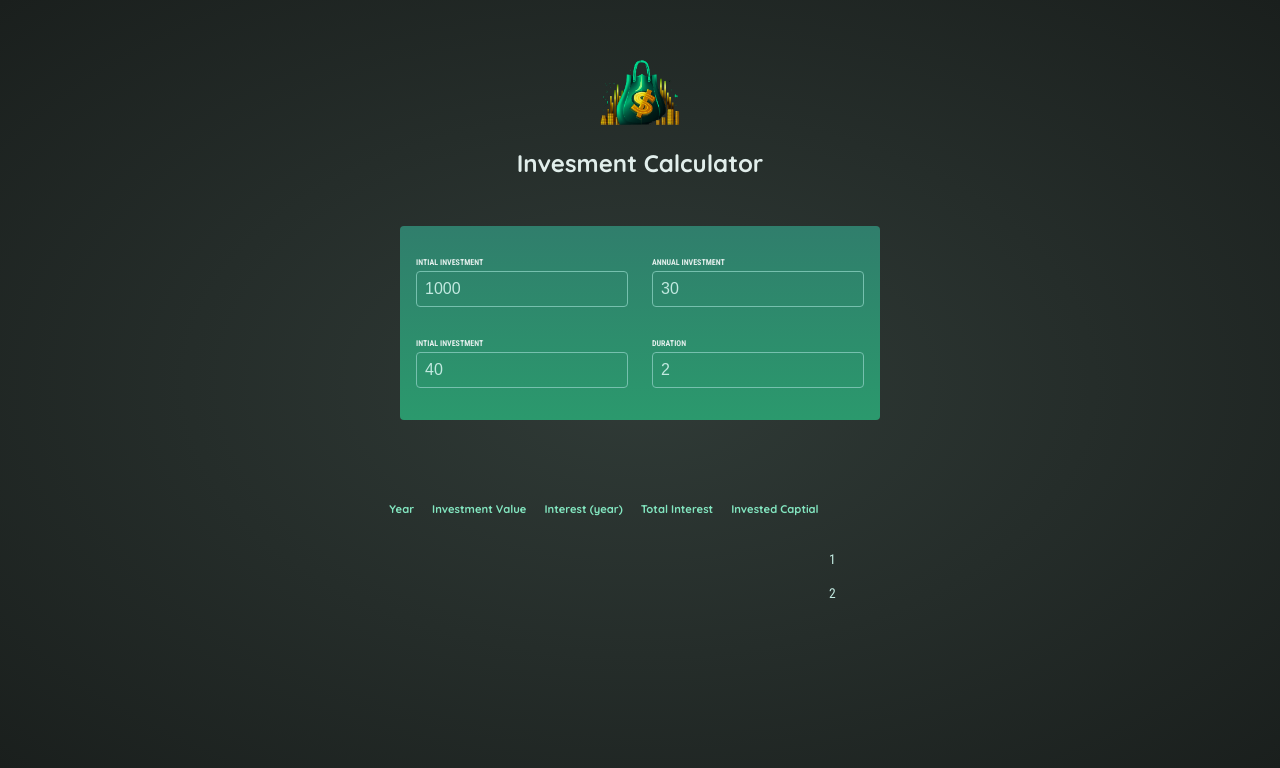
Repository: sibi24sibi/investment-calculator
Page: /
The author's editor kept a copy of each file at every save. The page is drawn from the files as they stood at one save, then again after the next save.
The browser window is 1280 px wide. The pictures show the whole page.
The project was rebuilt for these pictures with package versions that can differ from the ones it lists, and the page was loaded fresh each time. Also part of the build but not shown: vite.config.js.

Above is the page before, as saved 2024-05-26 13:23:23.

After the next save:
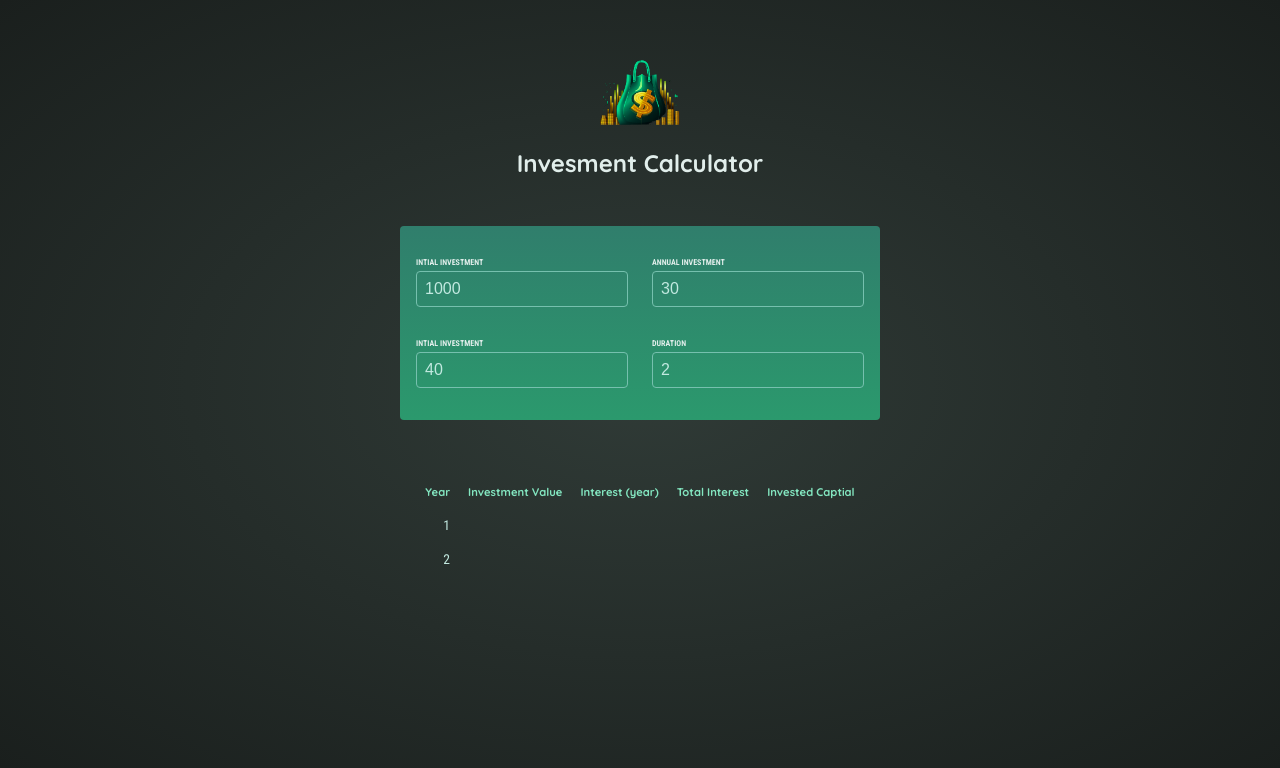
Saved 27 s later.
--- a/src/components/Result.jsx
+++ b/src/components/Result.jsx
@@ -3,18 +3,15 @@ import { calculateInvestmentResults } from "../util/investment.js";
 export default function Result({ userInput }) {
   const investmentResults = calculateInvestmentResults(userInput);
 
-
   return (
     <section>
       <table id="result">
         <thead>
-          <td>
-            <th>Year</th>
-            <th>Investment Value</th>
-            <th>Interest (year)</th>
-            <th>Total Interest</th>
-            <th>Invested Captial</th>
-          </td>
+          <th>Year</th>
+          <th>Investment Value</th>
+          <th>Interest (year)</th>
+          <th>Total Interest</th>
+          <th>Invested Captial</th>
         </thead>
         <tbody>
           {investmentResults.map((yearData) => {
